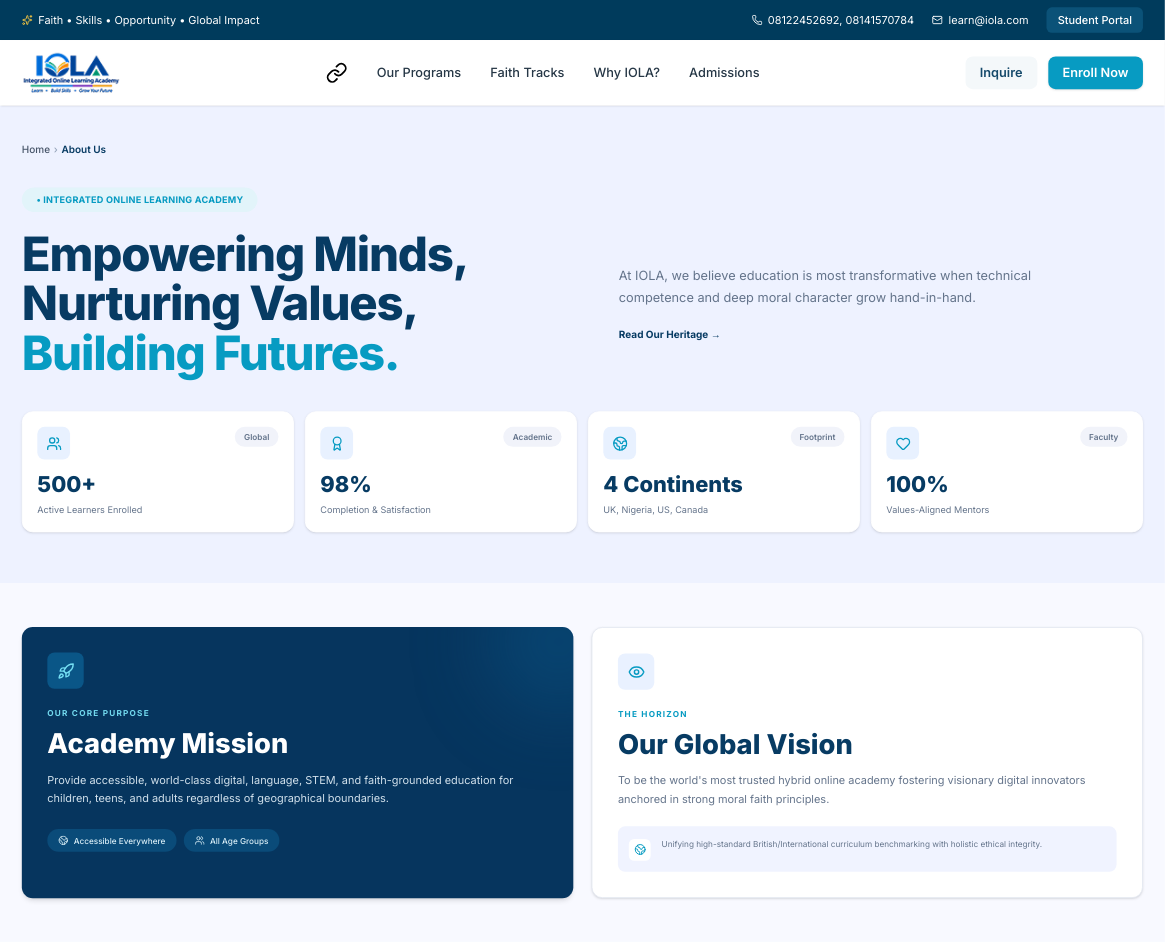
Repository: segunrotini/iola
Page: /about
The author's editor kept a copy of each file at every save. The page is drawn from the files as they stood at one save, then again after the next save.
The browser window is 1280 px wide. The pictures show the whole page, at 91% of full size.
The project was rebuilt for these pictures with package versions that can differ from the ones it lists, and the page was loaded fresh each time. Also part of the build but not shown: vite.config.ts, src/components/home/Hero-section.tsx, src/components/home/WhyChooseUs.tsx, src/components/home/Programs.tsx, src/components/home/Testimonials.tsx, src/components/home/LearningProcess.tsx, src/components/home/AdmissionSection.tsx, src/components/home/Footer.tsx and 1 more.

Above is the page before, as saved 2026-10-07 14:03:39.

After the next save:
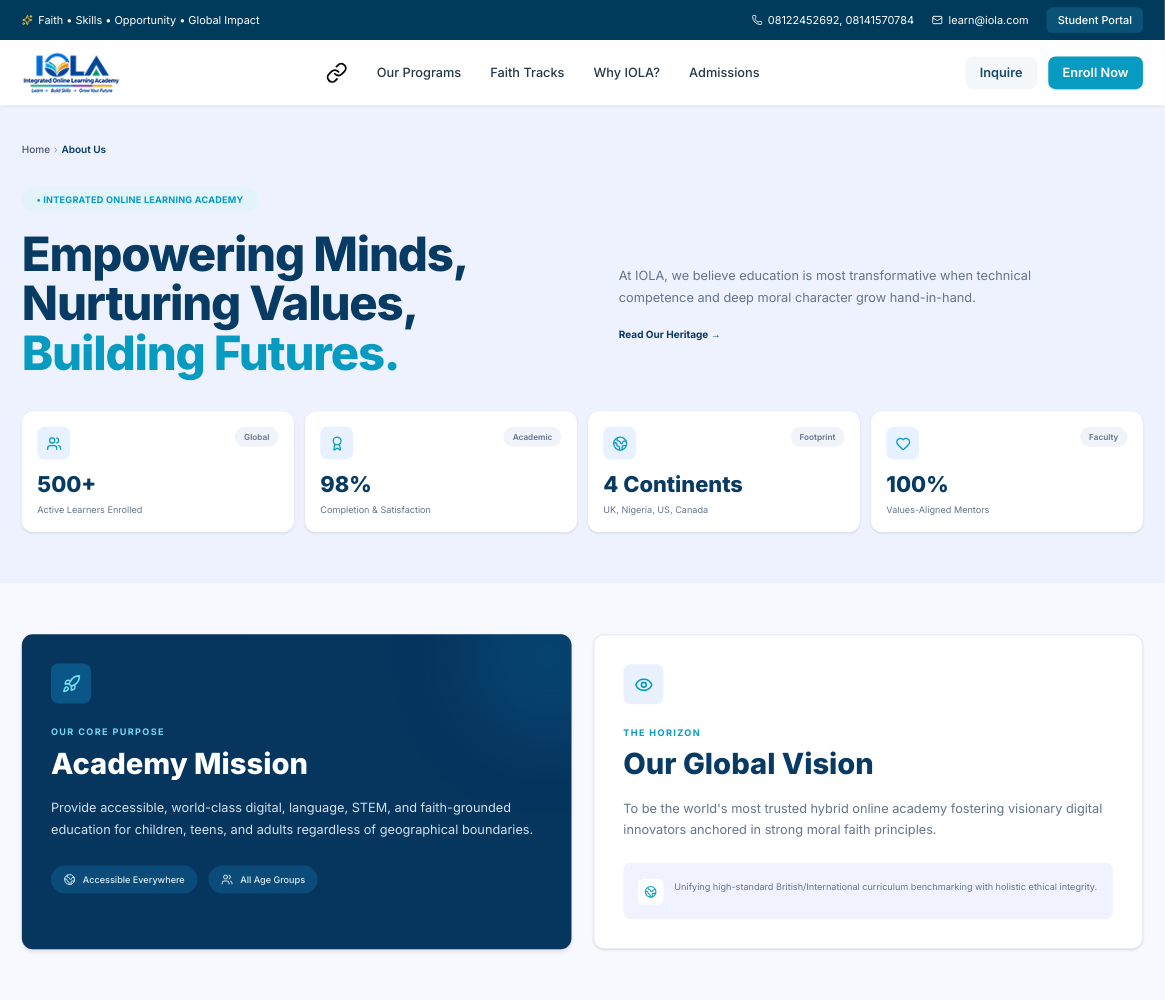
Saved 2 min 10 s later.
--- a/src/components/home/AboutVision.tsx
+++ b/src/components/home/AboutVision.tsx
@@ -7,69 +7,69 @@
 
 function AboutVision() {
   return (
-    <section className="bg-[#F8F9FF] py-10 sm:py-12">
-      <div className="mx-auto grid max-w-7xl gap-5 px-4 sm:px-6 lg:grid-cols-2">
-        <div className="relative overflow-hidden rounded-xl bg-[#06355E] p-6 text-white shadow-md sm:p-7">
-          <div className="absolute -right-16 -top-16 h-40 w-40 rounded-full bg-[#0B5A8D]/40 blur-2xl" />
+    <section className="bg-[#F8F9FF] py-12 sm:py-14">
+      <div className="mx-auto grid max-w-7xl gap-6 px-4 sm:px-6 lg:grid-cols-2">
+        <div className="relative overflow-hidden rounded-xl bg-[#06355E] p-7 text-white shadow-md sm:p-8">
+          <div className="absolute -right-16 -top-16 h-44 w-44 rounded-full bg-[#0B5A8D]/40 blur-2xl" />
 
           <div className="relative">
-            <div className="flex h-10 w-10 items-center justify-center rounded-lg bg-[#0A5687]">
-              <Rocket size={19} className="text-[#73DDF2]" />
+            <div className="flex h-11 w-11 items-center justify-center rounded-lg bg-[#0A5687]">
+              <Rocket size={21} className="text-[#73DDF2]" />
             </div>
 
-            <p className="mt-5 text-[9px] font-bold uppercase tracking-[0.15em] text-[#72D8EE]">
+            <p className="mt-6 text-[10px] font-bold uppercase tracking-[0.15em] text-[#72D8EE]">
               Our Core Purpose
             </p>
 
-            <h2 className="mt-2 text-2xl font-extrabold text-white sm:text-3xl">
+            <h2 className="mt-2 text-3xl font-extrabold text-white sm:text-[32px]">
               Academy Mission
             </h2>
 
-            <p className="mt-3 max-w-xl text-[11px] leading-5 text-[#D2E1EC] sm:text-xs">
+            <p className="mt-4 max-w-xl text-sm leading-6 text-[#D2E1EC]">
               Provide accessible, world-class digital, language, STEM, and
               faith-grounded education for children, teens, and adults
               regardless of geographical boundaries.
             </p>
 
-            <div className="mt-6 flex flex-wrap gap-2">
-              <span className="inline-flex items-center gap-1.5 rounded-full bg-[#0A4B79] px-3 py-1.5 text-[9px] font-medium text-[#D8EDF6]">
-                <Globe2 size={11} />
+            <div className="mt-7 flex flex-wrap gap-3">
+              <span className="inline-flex items-center gap-2 rounded-full bg-[#0A4B79] px-3.5 py-2 text-[10px] font-medium text-[#D8EDF6]">
+                <Globe2 size={13} />
                 Accessible Everywhere
               </span>
 
-              <span className="inline-flex items-center gap-1.5 rounded-full bg-[#0A4B79] px-3 py-1.5 text-[9px] font-medium text-[#D8EDF6]">
-                <Users size={11} />
+              <span className="inline-flex items-center gap-2 rounded-full bg-[#0A4B79] px-3.5 py-2 text-[10px] font-medium text-[#D8EDF6]">
+                <Users size={13} />
                 All Age Groups
               </span>
             </div>
           </div>
         </div>
 
-        <div className="rounded-xl border border-[#E5E9F2] bg-white p-6 shadow-sm sm:p-7">
-          <div className="flex h-10 w-10 items-center justify-center rounded-lg bg-[#E9F1FF]">
-            <Eye size={19} className="text-[#079BC2]" />
+        <div className="rounded-xl border border-[#E5E9F2] bg-white p-7 shadow-sm sm:p-8">
+          <div className="flex h-11 w-11 items-center justify-center rounded-lg bg-[#E9F1FF]">
+            <Eye size={21} className="text-[#079BC2]" />
           </div>
 
-          <p className="mt-5 text-[9px] font-bold uppercase tracking-[0.15em] text-[#079BC2]">
+          <p className="mt-6 text-[10px] font-bold uppercase tracking-[0.15em] text-[#079BC2]">
             The Horizon
           </p>
 
-          <h2 className="mt-2 text-2xl font-extrabold text-[#073B63] sm:text-3xl">
+          <h2 className="mt-2 text-3xl font-extrabold text-[#073B63] sm:text-[32px]">
             Our Global Vision
           </h2>
 
-          <p className="mt-3 text-[11px] leading-5 text-[#64748B] sm:text-xs">
+          <p className="mt-4 text-sm leading-6 text-[#64748B]">
             To be the world's most trusted hybrid online academy fostering
             visionary digital innovators anchored in strong moral faith
             principles.
           </p>
 
-          <div className="mt-5 flex items-start gap-3 rounded-lg bg-[#F0F3FF] p-3">
-            <div className="mt-0.5 flex h-6 w-6 shrink-0 items-center justify-center rounded-md bg-white">
-              <Globe2 size={13} className="text-[#079BC2]" />
+          <div className="mt-6 flex items-start gap-3 rounded-lg bg-[#F0F3FF] p-4">
+            <div className="mt-0.5 flex h-7 w-7 shrink-0 items-center justify-center rounded-md bg-white">
+              <Globe2 size={14} className="text-[#079BC2]" />
             </div>
 
-            <p className="text-[9px] leading-4 text-[#64748B]">
+            <p className="text-[10px] leading-5 text-[#64748B]">
               Unifying high-standard British/International curriculum
               benchmarking with holistic ethical integrity.
             </p>
